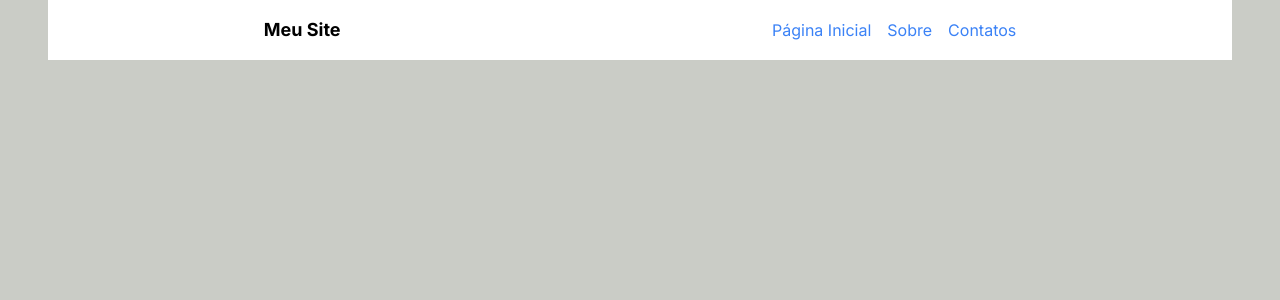
Repository: Deyvid-Kasteh/kasteh_portfolio
Page: /
The author's editor kept a copy of each file at every save. The page is drawn from the files as they stood at one save, then again after the next save.
The browser window is 1280 px wide. The pictures show the whole page.
The project was rebuilt for these pictures with package versions that can differ from the ones it lists, and the page was loaded fresh each time. The framework's server and built-in components were replaced by stand-ins that run in the browser. Also part of the build but not shown: next.config.mjs.

Above is the page before, as saved 2024-03-24 02:10:35.

### src/app/layout.tsx
import type { Metadata } from "next";
import { Inter } from "next/font/google";
import "./globals.css";

const inter = Inter({ subsets: ["latin"] });

export const metadata: Metadata = {
  title: "Create Next App",
  description: "Generated by create next app",
};

export default function RootLayout({
  children,
}: Readonly<{
  children: React.ReactNode;
}>) {
  return (
    <html lang="pt-br">
      <body
        className={`bg-customGrayBG ${inter.className} px-4 sm:px-6 md:px-8 lg:px-10 xl:px-12`}
      >
        {children}
      </body>
    </html>
  );
}

### src/app/page.tsx
import Header from "./components/header";

export default function Home() {
  return (
    <>
      <Header />
      <main></main>
      <footer></footer>
    </>
    // <main className="bg-neutral-200 flex min-h-screen flex-col items-center justify-between p-24">

    // </main>
  );
}

### src/app/globals.css
@tailwind base;
@tailwind components;
@tailwind utilities;

:root {
  --foreground-rgb: 0, 0, 0;
  --background-start-rgb: 214, 219, 220;
  --background-end-rgb: 0, 0, 0;
}

/* @media (prefers-color-scheme: dark) {
  :root {
    --foreground-rgb: 255, 255, 255;
    --background-start-rgb: 0, 0, 0;
    --background-end-rgb: 0, 0, 0;
  }
} */

body {
  color: rgb(var(--foreground-rgb));
  /* background: linear-gradient(
      to bottom,
      transparent,
      rgb(var(--background-end-rgb))
    )
    rgb(var(--background-start-rgb)); */
}



@layer utilities {
  .text-balance {
    text-wrap: balance;
  }
}

### src/app/components/header.tsx
import React from "react";

const Header: React.FC = () => {
  return (
    <header className="flex justify-around items-center py-4 bg-white">
      <h1 className="text-lg font-bold">Meu Site</h1>
      <nav>
        <ul className="flex space-x-4">
          <li>
            <a href="#" className="text-blue-500 hover:text-blue-700">
              Página Inicial
            </a>
          </li>
          <li>
            <a href="#" className="text-blue-500 hover:text-blue-700">
              Sobre
            </a>
          </li>
          <li>
            <a href="#" className="text-blue-500 hover:text-blue-700">
              Contatos
            </a>
          </li>
        </ul>
      </nav>
    </header>
  );
};

export default Header;

### tailwind.config.ts
import type { Config } from "tailwindcss";

const config: Config = {
  content: [
    "./src/pages/**/*.{js,ts,jsx,tsx,mdx}",
    "./src/components/**/*.{js,ts,jsx,tsx,mdx}",
    "./src/app/**/*.{js,ts,jsx,tsx,mdx}",
  ],
  theme: {
    extend: {
      backgroundImage: {
        "gradient-radial": "radial-gradient(var(--tw-gradient-stops))",
        "gradient-conic":
          "conic-gradient(from 180deg at 50% 50%, var(--tw-gradient-stops))",
      },
      colors: {
        customGrayBG: "#CACCC6", // Definindo o background color
        customGrayComponents: "#CACCC6",
      },
    },
  },
  plugins: [],
};
export default config;

After the next save:
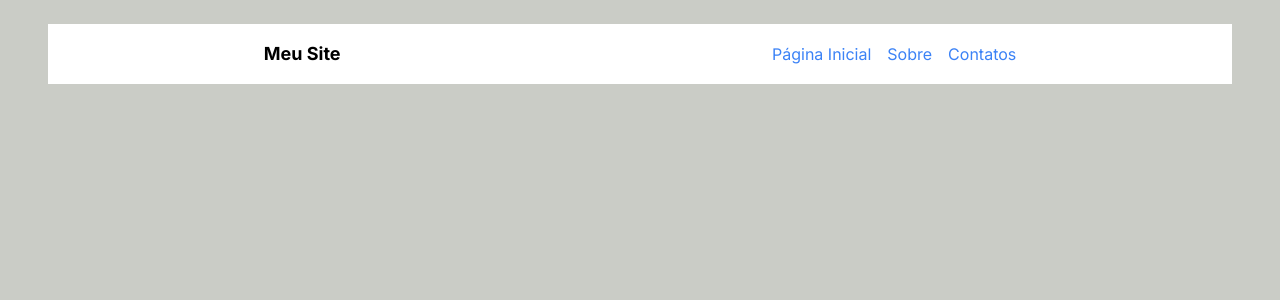
Saved 3 min 44 s later.
--- a/src/app/layout.tsx
+++ b/src/app/layout.tsx
@@ -17,7 +17,7 @@ export default function RootLayout({
   return (
     <html lang="pt-br">
       <body
-        className={`bg-customGrayBG ${inter.className} px-4 sm:px-6 md:px-8 lg:px-10 xl:px-12`}
+        className={`bg-customGrayBG ${inter.className} px-4 sm:px-6 md:px-8 lg:px-10 xl:px-12 pt-6`}
       >
         {children}
       </body>
